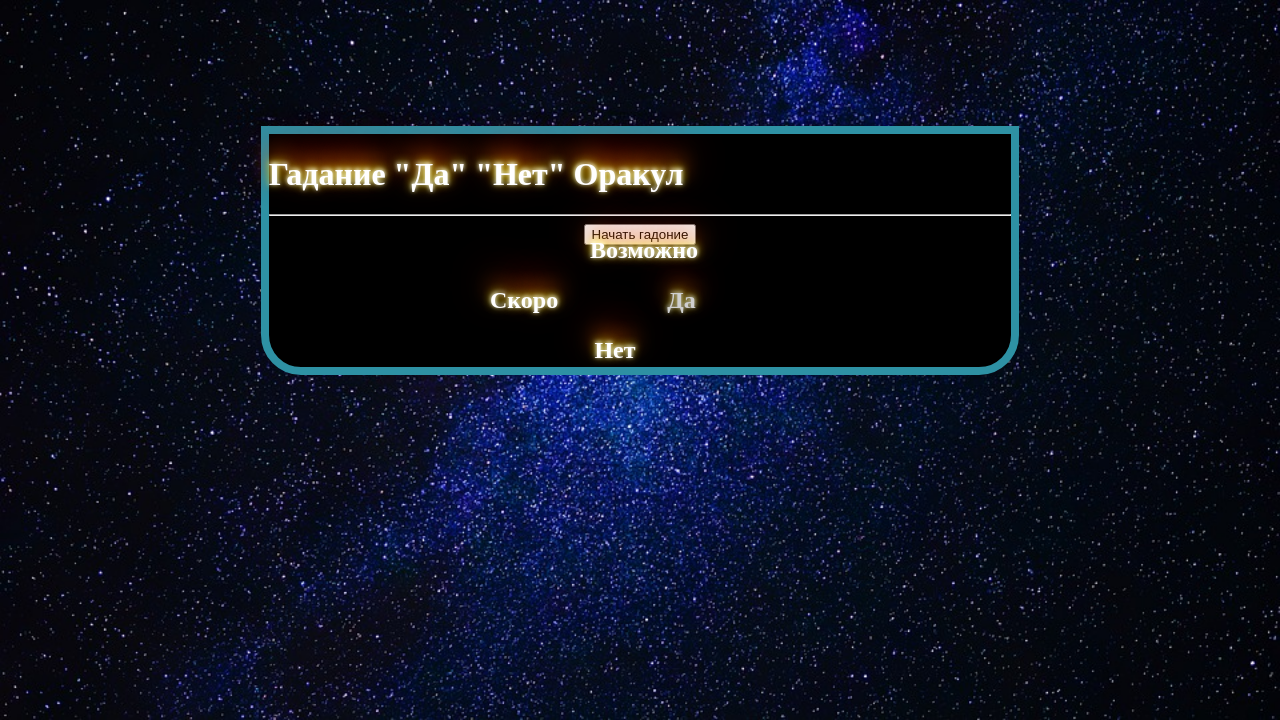
Repository: vadhub/JSP-Service
Page: http://localhost/JSPage/
These files come from the project's save history. The page is drawn as it stood at one moment and after the next save; the edit follows.
The browser window is 1280 px wide. The pictures show the whole page.
After loading, the first visible `#stt` was clicked once.
The page is served by Tomcat 9. Other server files are loaded and not shown.

Above is the page before, as saved 2019-07-25 12:21:07.

### JSPage/WebContent/index.jsp
<%@page import="java.io.PrintWriter"%>
<%@ page language="java" contentType="text/html; charset=UTF-8" pageEncoding="UTF-8"%>
<!DOCTYPE html>
<html>
<head>
<meta charset="UTF-8">
<title>Service</title>

<link rel="stylesheet" href="${pageContext.request.contextPath}/styles.css">
<script type="text/javascript" src="${pageContext.request.contextPath}/scripts.js"></script>

</head>
<body>
<div class=cont>
<h1>Гадание "Дa" "Нет"     Оракул</h1>

<hr/>
<%!String answers[] = {"Да", "Нет", "Возможно", "Скоро"}; %>
<%!int i = (int) (Math.random()*4); %>


<center>
 <form method="post">

 </form>

 <input id ="stt" type="button" onclick = "anima_start()" name="button1" value="Начать гадоние"/>

<div>
 	<div class="loader" id="anima">
 	<span id ="s1"><h2>Да</h2></span>
  	<span id ="s2"><h2>Нет</h2></span>
  	<span id ="s2"><h2>Возможно</h2></span>
  	<span id ="s3"><h2>Скоро</h2></span>

  	<h1 class = "fol"><%if(request.getParameter("button1") != null){ %>
		<%= answers[i]%>
		<%}%>
	</h1>
	</div>
</div>
<center/>

</div>
</body>
</html>

### JSPage/WebContent/styles.css
h1{

	color: #FFFFFF;
	background: #000;
	text-shadow: 0 -1px 4px #FFF, 0 -2px 10px #ff0, 0 -10px 20px #ff8000, 0 -18px 40px #F00;
}


div.cont{
	margin-top:10%;
	margin-bottom:-5%;
	margin-left:20%;
	margin-right:20%;
	border: 8px solid #2E91A4;
	border-radius: 0px 0px 40px 40px;
	background: #000;
}
@keyframes span-1 {
  0% {transform:translate(100px);}
  50% {transform:translate(50px);}
  100%{transform:translate(0);}
  from { opacity: 1; }
    to { opacity: 0; }
  }
@keyframes span-2 {
   0% {transform:translate(0px, 50px);}
  50% {transform:translate(0, 20px);}
  100%{transform:translate(0);}
  from { opacity: 1; }
    to { opacity: 0; }
  }
@keyframes span-3 {
   0% {transform:translate(0px, -50px);}
  50% {transform:translate(0, -20px);}
  100%{transform:translate(0);}
  from { opacity: 1; }
    to { opacity: 0; }
  }
@keyframes span-4 {
  0% {transform:translate(-100px);}
  50% {transform:translate(-50px);}
  100%{transform:translate(0);}
  from { opacity: 1; }
    to { opacity: 0; }
  }

  @keyframes  h1-2{

  from { opacity: 0; }
    to { opacity: 1; }

  }

.loader {
  width: 100px;
  height: 100px;
  position: relative;
  animation: loader 2s infinite ease-in-out;
  color: #FFFFFF;
  text-shadow: 0 -1px 4px #FFF, 0 -2px 10px #ff0, 0 -10px 20px #ff8000, 0 -18px 40px #F00;

}

.loader span {
  width: 50px;
  height: 50px;
  position: absolute;
  left: 0;
  top: 0;

}

.fol {
 	animation: h1-2 5s ease-in-out;
 	animation-play-state: paused;
}
.loader span:nth-child(1) {
 	animation: span-1 5s ease-in-out;
 	opacity: 0;
 	animation-play-state: paused;
}
.loader span:nth-child(2) {
  animation: span-2 5s ease-in-out;
  opacity: 0;
  animation-play-state: paused;
}
.loader span:nth-child(3) {
  animation: span-3 5s ease-in-out;
  opacity: 0;
  animation-play-state: paused;
}
.loader span:nth-child(4) {
  animation: span-4 5s ease-in-out;
  opacity: 0;
  animation-play-state: paused;
  }

body{
	background: url(0.jpg) no-repeat;
    -moz-background-size: 100%; /* Firefox 3.6+ */
    -webkit-background-size: 100%; /* Safari 3.1+ è Chrome 4.0+ */
    -o-background-size: 100%; /* Opera 9.6+ */
    background-size: 100%; /* Ñîâðåìåííûå áðàóçåðû *
}

### JSPage/WebContent/scripts.js

function anima_start(){

	document.getElementById('s1').style.animationPlayState = "running";

  }

After the next save:
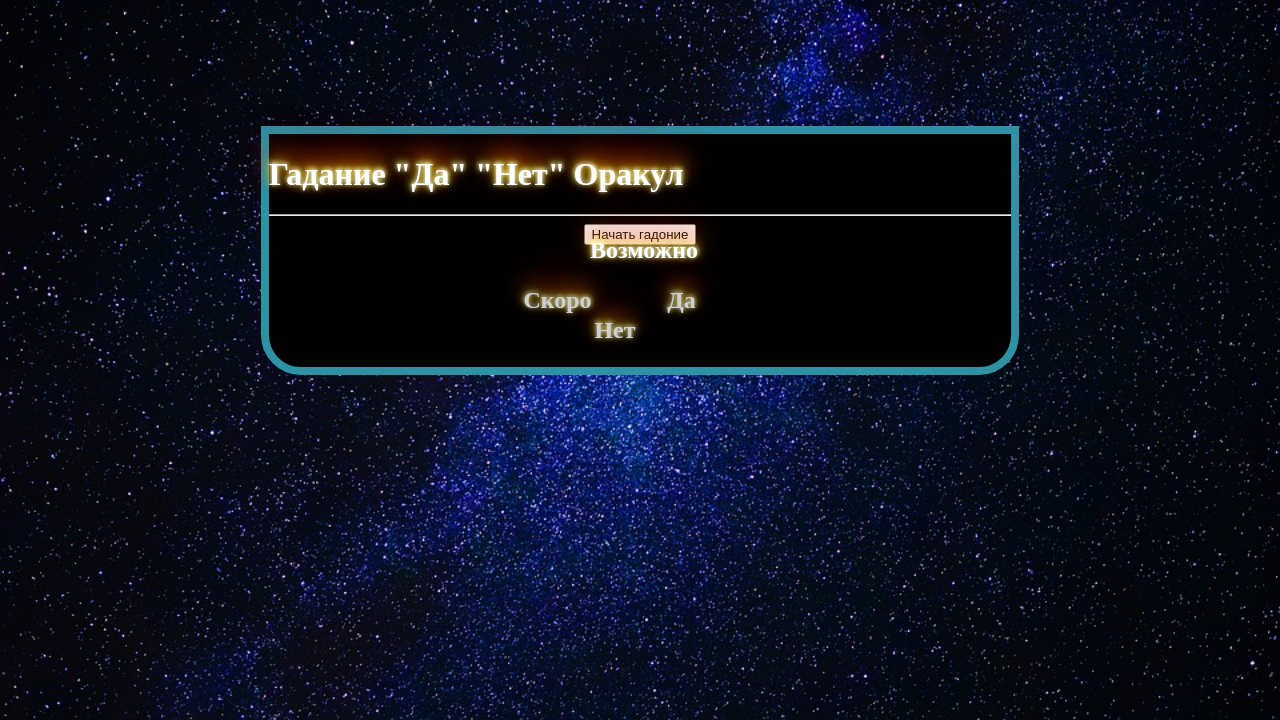
Console error: TypeError: Cannot read properties of null (reading 'style')
Saved 24 s later.
--- a/JSPage/WebContent/scripts.js
+++ b/JSPage/WebContent/scripts.js
@@ -2,5 +2,8 @@
 function anima_start(){
 
 	document.getElementById('s1').style.animationPlayState = "running";
+	document.getElementById('s2').style.animationPlayState = "running";
+	document.getElementById('s3').style.animationPlayState = "running";
+	document.getElementById('s4').style.animationPlayState = "running";
 
   }
